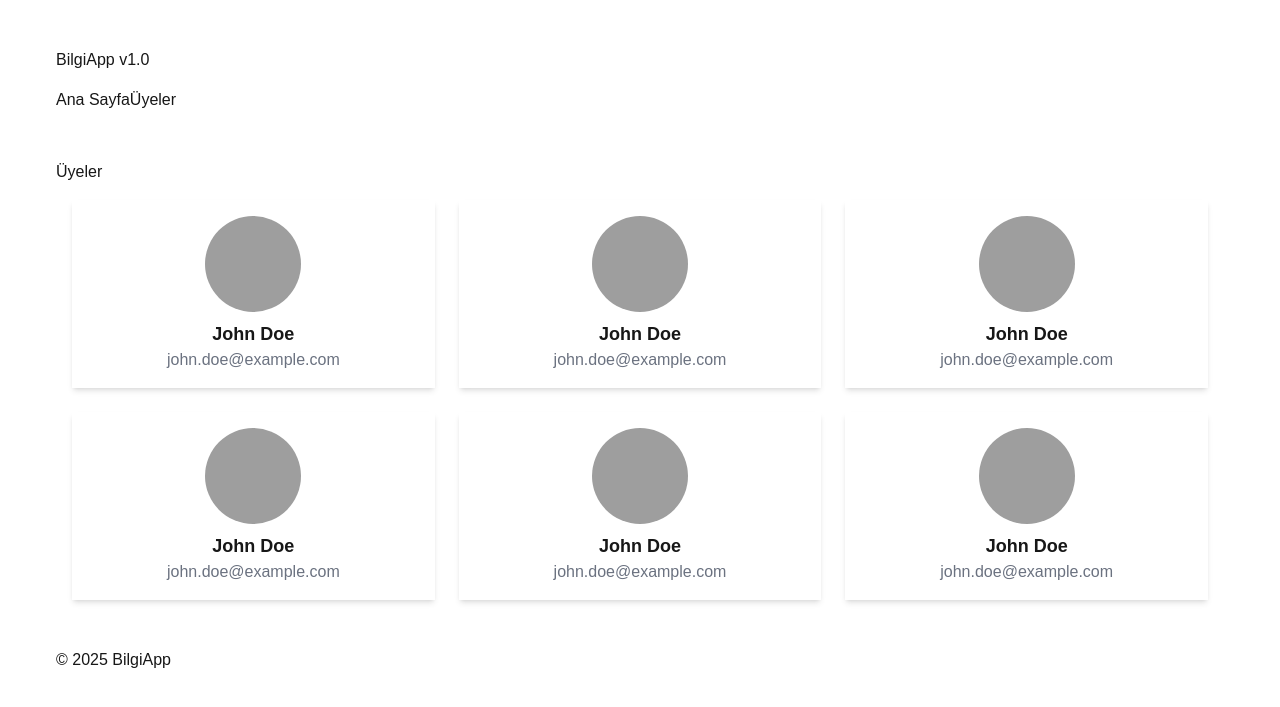
Repository: caglargkc/LessonsCode
Page: /uyeler (app in HasanTokatli-React-2024/BilgiYarismasi/bilgi-yarismasi/)
These files come from the project's save history. The page is drawn as it stood at one moment and after the next save; the edit follows.
The browser window is 1280 px wide. The pictures show the whole page.
Pictures or frames that could not be fetched are drawn as grey boxes. The project was rebuilt for these pictures with package versions that can differ from the ones it lists, and the page was loaded fresh each time. The framework's server and built-in components were replaced by stand-ins that run in the browser. Also part of the build but not shown: HasanTokatli-React-2024/BilgiYarismasi/bilgi-yarismasi/next.config.ts.

Above is the page before, as saved 2025-02-02 18:01:46.

After the next save:
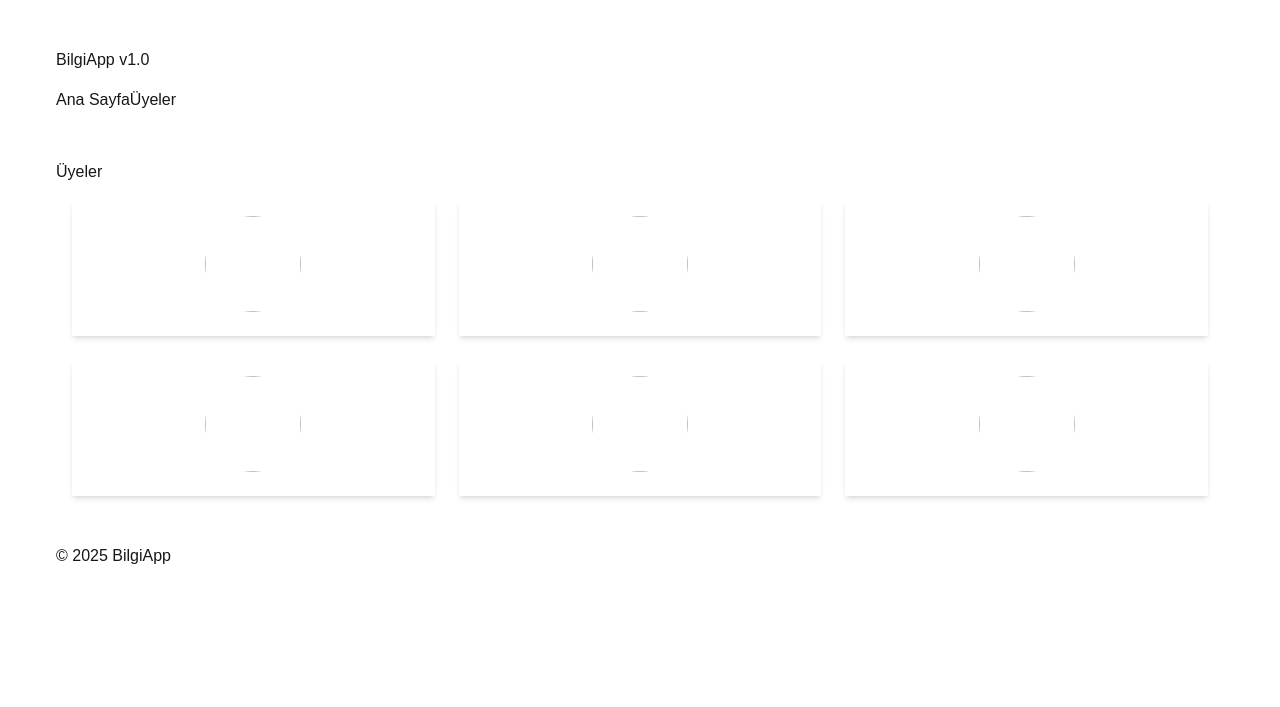
Saved 5 min 13 s later.
--- a/HasanTokatli-React-2024/BilgiYarismasi/bilgi-yarismasi/app/uyeler/uye.tsx
+++ b/HasanTokatli-React-2024/BilgiYarismasi/bilgi-yarismasi/app/uyeler/uye.tsx
@@ -1,13 +1,15 @@
-export default function Uye() {
+export default function Uye({ gorsel, adsoyad, eposta }:{gorsel:string, adsoyad:string, eposta:string}) {
+
+
     return (
       <div className="flex flex-col items-center bg-white p-4 rounded-lg shadow-md">
         <img
-          src="https://i.pravatar.cc/150?img=1"
-          alt="John Doe"
+          src={gorsel}
+          alt={adsoyad}
           className="w-24 h-24 rounded-full"
         />
-        <p className="mt-2 text-lg font-semibold">John Doe</p>
-        <p className="text-gray-500">john.doe@example.com</p>
+        <p className="mt-2 text-lg font-semibold">{adsoyad}</p>
+        <p className="text-gray-500">{eposta}</p>
       </div>
     );
   }
